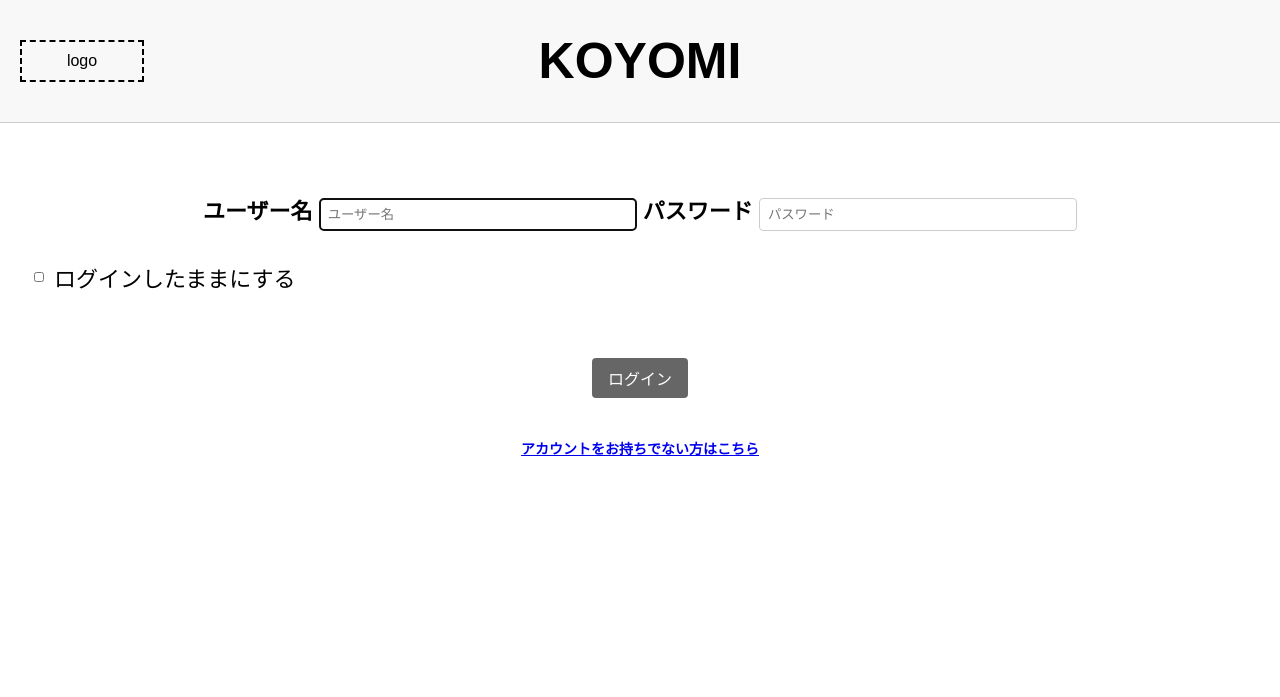
Repository: teramu0602/koyomi
Page: http://localhost/custom-login
The author's editor kept a copy of each file at every save. The page is drawn from the files as they stood at one save, then again after the next save.
The browser window is 1280 px wide. The pictures show the whole page.
Some web fonts or font styles are not loaded; a fallback is used. The page is served by the project's Laravel application, run on PHP 8.4 with Laravel 9.

Above is the page before, as saved 2025-05-06 10:05:24.

After the next save:
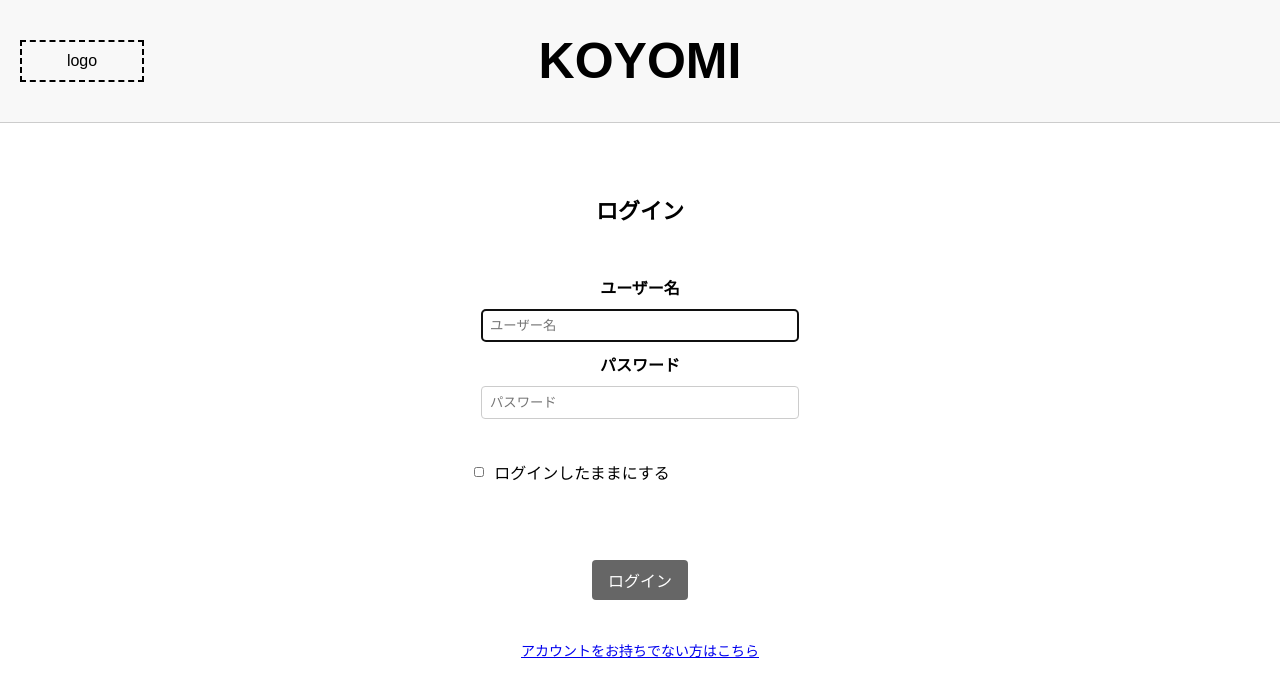
Saved 13 s later.
--- a/resources/views/admin/login.blade.php
+++ b/resources/views/admin/login.blade.php
@@ -3,7 +3,7 @@
 @section('title', 'ログイン')
 
 @section('content')
-    <h2 style="margin-top:70px;>ログイン</h2>
+    <h2 style="margin-top:70px;">ログイン</h2>
     <form method="POST" action="{{ route('login') }}">
         @csrf
         <label for="name">ユーザー名</label>
